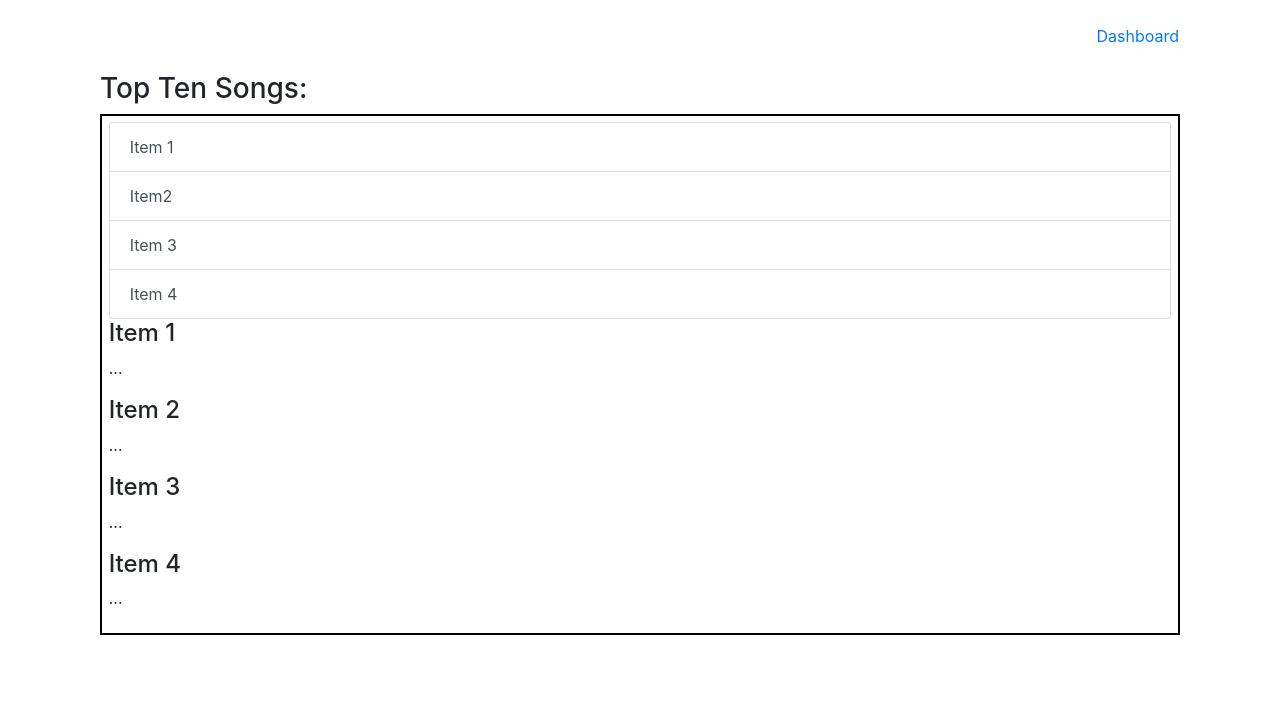
Repository: ACow3/java
Page: http://localhost/lookify/WEB-INF/lookify/topTen.jsp
An editor plug-in stored every save of this project. The page is shown before and after the next save, followed by the edit.
The browser window is 1280 px wide. The pictures show the whole page.
The page is served by Tomcat 9. Nobody is signed in. Other server files are loaded and not shown. The template is opened directly, without the code that normally fills it, so the values that code supplies are empty.

Above is the page before, as saved 2019-08-15 22:45:33.

### java_spring/lookify/src/main/webapp/WEB-INF/lookify/topTen.jsp
<%@ page language="java" contentType="text/html; charset=UTF-8"
	pageEncoding="UTF-8"%>
<%@ page isErrorPage="true"%>
<%@taglib prefix="c" uri="http://java.sun.com/jsp/jstl/core"%>
<link rel="stylesheet"
	href="https://stackpath.bootstrapcdn.com/bootstrap/4.3.1/css/bootstrap.min.css"
	integrity="sha384-ggOyR0iXCbMQv3Xipma34MD+dH/1fQ784/j6cY/iJTQUOhcWr7x9JvoRxT2MZw1T"
	crossorigin="anonymous">
<!DOCTYPE html>
<html>
<head>
<meta charset="UTF-8">
<title>Top Ten</title>
<style>
.topTen {
	min-width: 300px;
	min-height: 200px;
	padding: 5pt;
	border: 2px solid black;
}
</style>
</head>
<body>
	<div class="container">
		<nav class="navbar navbar-expand-lg navbar-light bg-white mt-3 mb-3">
			<a class="navbar-brand" href="#"></a>
			<button class="navbar-toggler" type="button" data-toggle="collapse"
				data-target="#navbarTogglerDemo02"
				aria-controls="navbarTogglerDemo02" aria-expanded="false"
				aria-label="Toggle navigation">
				<span class="navbar-toggler-icon"></span>
			</button>

			<div class="collapse navbar-collapse" id="navbarTogglerDemo02">
				<ul class="navbar-nav mr-auto mt-2 mt-lg-0">
					<li class="nav-item active"><a class="nav-link"
						href="/songs/new"><span class="sr-only">(current)</span> </a></li>
					<li class="nav-item"><a class="nav-link" href="#"></a></li>
				</ul>
				<a class="form-inline my-2 my-lg-0" href="/dashboard">Dashboard</a>

			</div>
		</nav>
		<div class="container">
			<h3>Top Ten Songs:</h3>
			<div class="topTen">
				<div id="list-example" class="list-group">
					<a class="list-group-item list-group-item-action"
						href="#list-item-1">Item 1</a> <a
						class="list-group-item list-group-item-action" href="#list-item-2">Item2</a>
					<a class="list-group-item list-group-item-action"
						href="#list-item-3">Item 3</a> <a
						class="list-group-item list-group-item-action" href="#list-item-4">Item
						4</a>
				</div>
				<div data-spy="scroll" data-target="#list-example" data-offset="0"
					class="scrollspy-example">
					<h4 id="list-item-1">Item 1</h4>
					<p>...</p>
					<h4 id="list-item-2">Item 2</h4>
					<p>...</p>
					<h4 id="list-item-3">Item 3</h4>
					<p>...</p>
					<h4 id="list-item-4">Item 4</h4>
					<p>...</p>
				</div>
			</div>
		</div>
	</div>
</body>
</html>

After the next save:
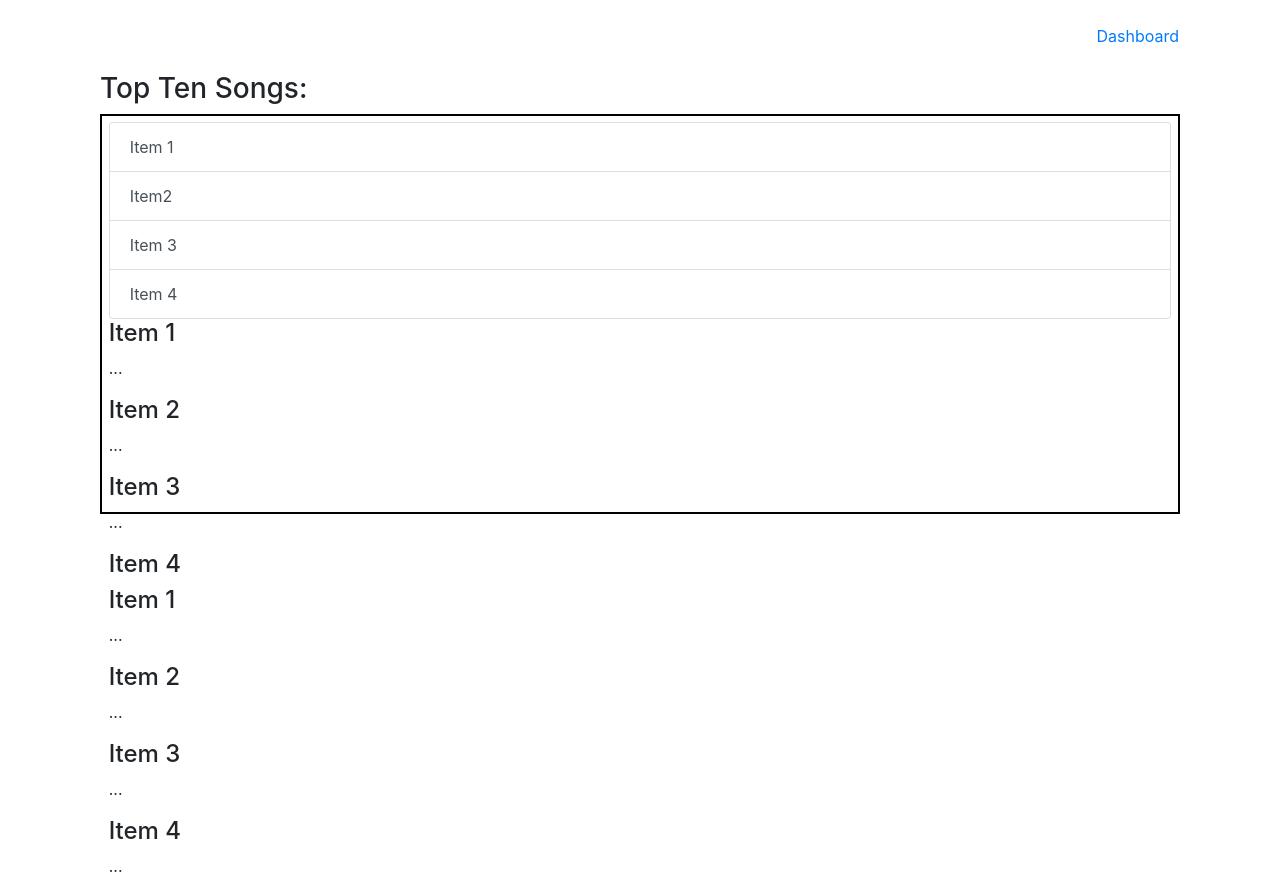
Saved 40 s later.
--- a/java_spring/lookify/src/main/webapp/WEB-INF/lookify/topTen.jsp
+++ b/java_spring/lookify/src/main/webapp/WEB-INF/lookify/topTen.jsp
@@ -14,7 +14,7 @@
 <style>
 .topTen {
 	min-width: 300px;
-	min-height: 200px;
+	height: 400px;
 	padding: 5pt;
 	border: 2px solid black;
 }
@@ -62,6 +62,13 @@
 					<h4 id="list-item-3">Item 3</h4>
 					<p>...</p>
 					<h4 id="list-item-4">Item 4</h4>
+					<h4 id="list-item-1">Item 1</h4>
+					<p>...</p>
+					<h4 id="list-item-2">Item 2</h4>
+					<p>...</p>
+					<h4 id="list-item-3">Item 3</h4>
+					<p>...</p>
+					<h4 id="list-item-4">Item 4</h4>
 					<p>...</p>
 				</div>
 			</div>
